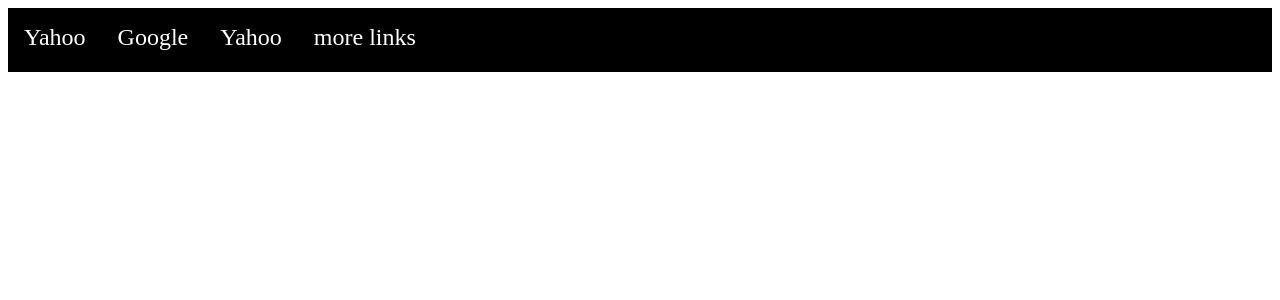
Repository: JamesConner15/JamesConner15.github.io
Page: index.html
The author's editor kept a record of every edit. The page is drawn from the files as they stood at one moment, then again after the next edit.
The browser window is 1280 px wide. The pictures show the whole page.

Above is the page before.

### index.html
<!DOCTYPE html>
<html>
<head>
<title>Page Title</title>
<style>
    .navbar{
      background-color:black;

      width:100%;
   height:64px;
    }

   .navbar a,.morelinks{
    color:white;
    font-size:24px;
    text-decoration:none;
    padding:16px;
    float:left;
    }

    .navbar a:hover,.morelinks:hover{
        background-color:blue;
    }
    .morelinks:hover .dropdown-content{
        display:block;
    }

    .dropdown-content{
    position:absolute;
    z-index:1;
    display:none;
    }

</style>
</head>
<body>

<div class="navbar">
    <a href="https://www.yahoo.com">Yahoo</a>
        <a href="https://www.google.com">Google</a>
        <a href="https://www.yahoo.com">Yahoo</a>
            <div class="dropdown">
            <div class="morelinks">more links</div>
            <div class="dropdown-content">
        <a href="https://wwww.awseducate.com">Aws educate</a>
        <a href="https://wwww.collegeboard.org">College board</a>
</div>
</div>
</body>
</html>
</div>

After the next edit:
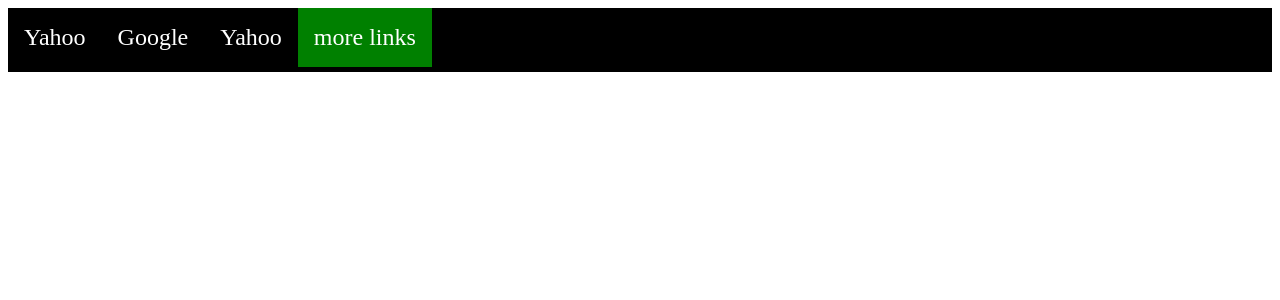
The edit:
--- a/index.html
+++ b/index.html
@@ -30,6 +30,17 @@
     z-index:1;
     display:none;
     }
+    .dropdown{
+        background-color:green;
+    color:white;
+        float:left;
+        text-decoration:none;
+        font-size:24px;
+    }
+    .dropdown-content a{
+        float:none;
+        display:block;
+    }
 
 </style>
 </head>

After the edit that followed:
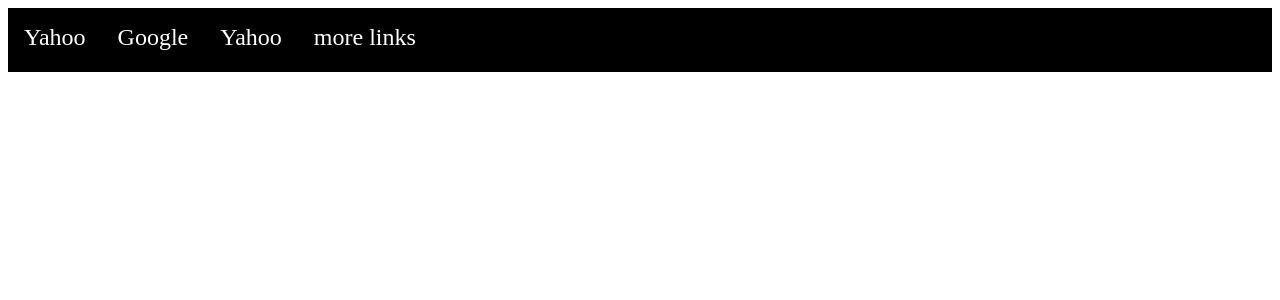
The edit:
--- a/index.html
+++ b/index.html
@@ -31,7 +31,7 @@
     display:none;
     }
     .dropdown{
-        background-color:green;
+        background-color:black;
     color:white;
         float:left;
         text-decoration:none;
